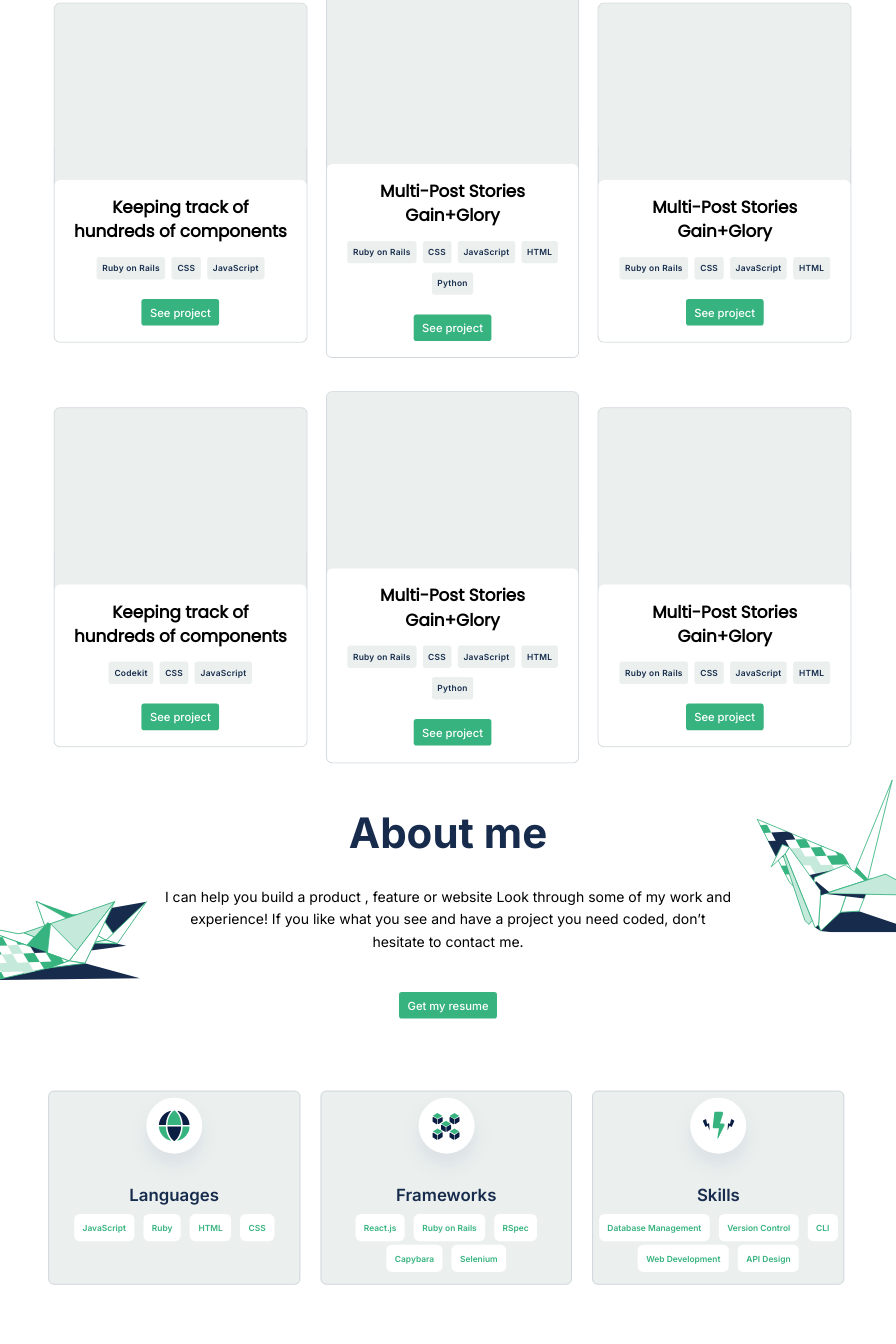
Repository: Salimer/old-Portfolio
Page: index.html
An editor plug-in stored every save of this project. The page is shown before and after a run of saves, followed by the edit.
The browser window is 1280 px wide. The pictures show the part of the page from y = 1243 to 3163 px (the page is 3881 px tall), at 70% of full size.

Above is the page before, as saved 2023-04-12 02:11:16.

After the next 3 saves:
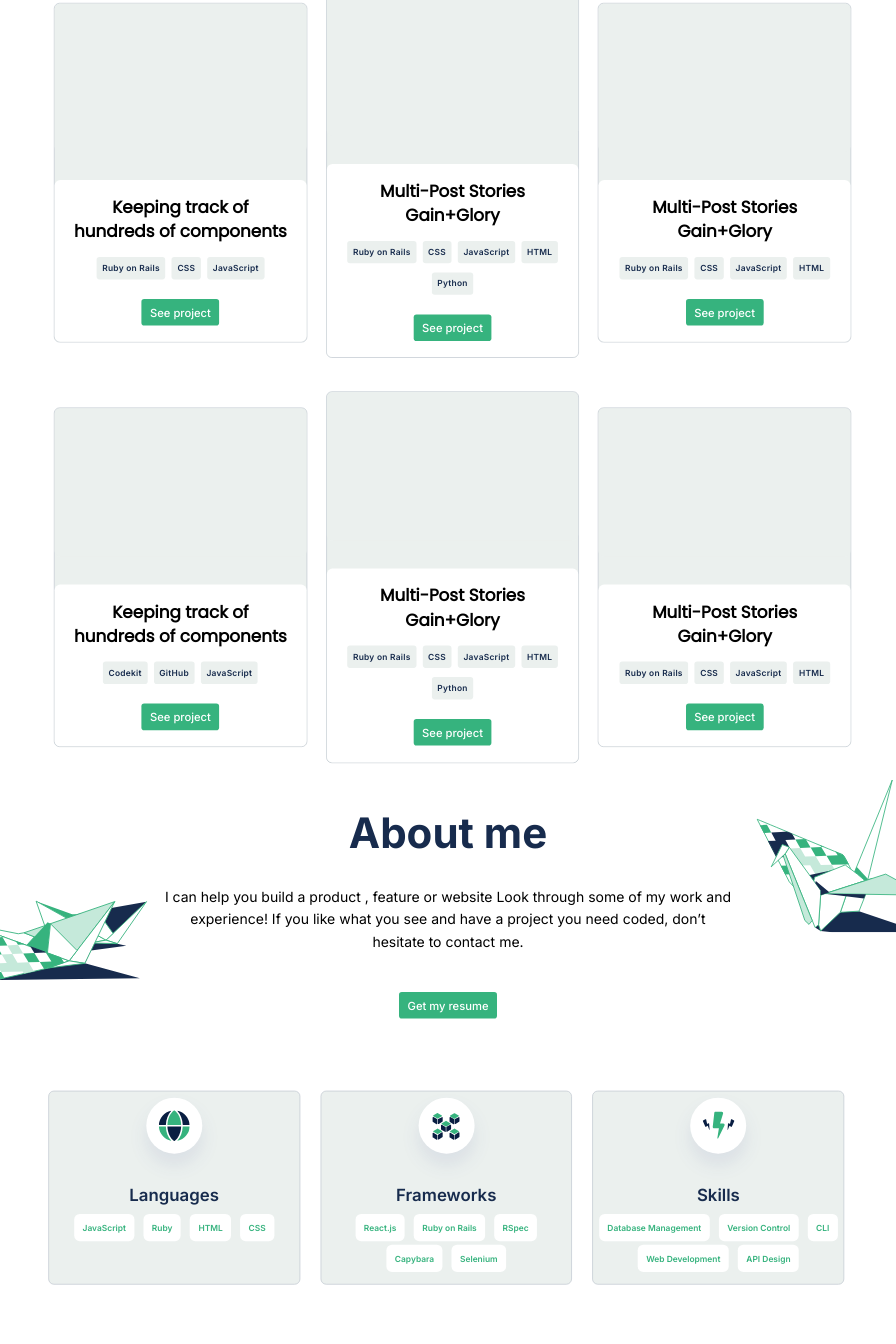
The 3 saves are shown as one change because they came seconds apart.
The last was saved 8 s later.
--- a/chatgpt.js
+++ b/chatgpt.js
@@ -26,7 +26,7 @@ const projects = [
       {
         featuredImage: "Assets/detailTop.svg",
         name: "Keeping track of<br>hundreds of components",
-        technologies: ['Codekit', 'CSS', 'JavaScript'],
+        technologies: ['Codekit', 'GitHub', 'JavaScript'],
         description: "Lorem Ipsum is simply dummy text of the printing and typesetting industry. Lorem Ipsum has been the industry's standard dummy text ever since the 1500s, when an unknown printer took a galley of type and scrambled it 1960s.<br><br>Lorem Ipsum is simply dummy text of the printing and typesetting industry. Lorem Ipsum has been the industry's standard dummy text ever since the 1500s, when an unknown printer took a galley of type and scrambled it 1960s.",
         linkToLiveVersion: "https://youtu.be/dQw4w9WgXcQ",
         linkToSource: "https://youtu.be/dQw4w9WgXcQ"
